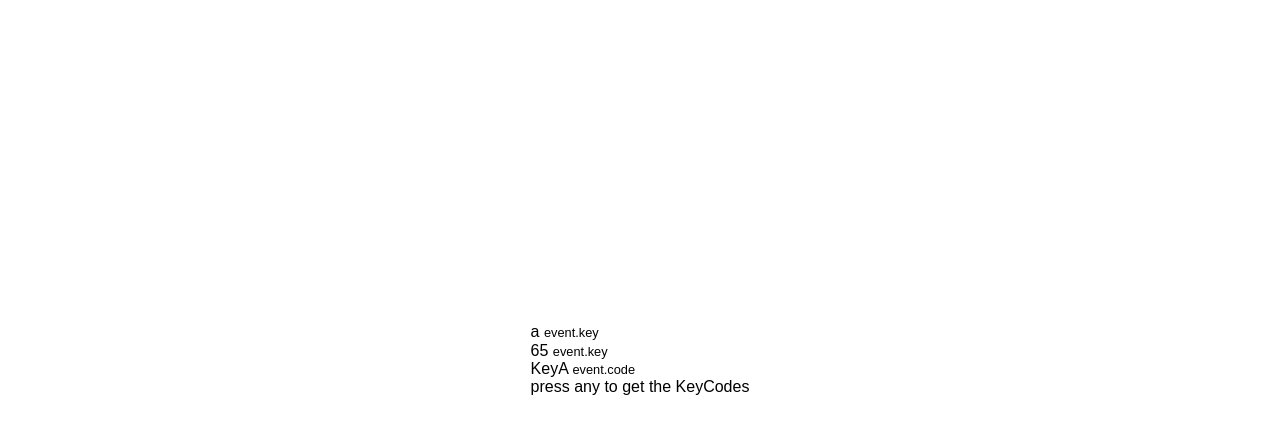
Repository: ElideZavala/Generator-Key
Page: index.html
These files come from the project's save history. The page is drawn as it stood at one moment and after the next save; the edit follows.
The browser window is 1280 px wide. The pictures show the whole page.
Some web fonts or font styles are not loaded; a fallback is used.

Above is the page before, as saved 2021-06-07 14:58:53.

After the next save:
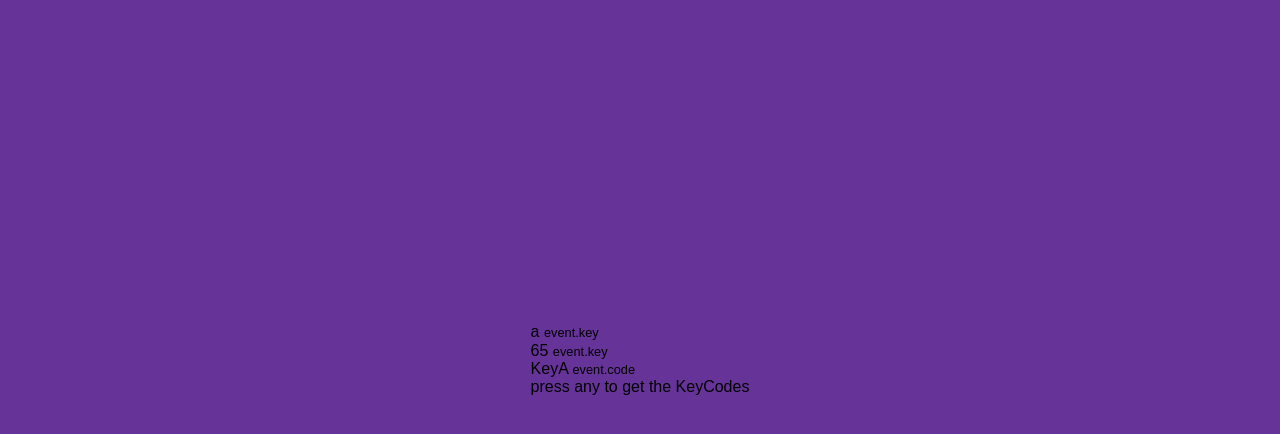
Saved 37 s later.
--- a/style.css
+++ b/style.css
@@ -5,6 +5,7 @@
 }
 
 body {
+	background-color: rebeccapurple;
 	font-family: 'Muli', sans-serif;
 	display: flex;
 	flex-direction: column;
